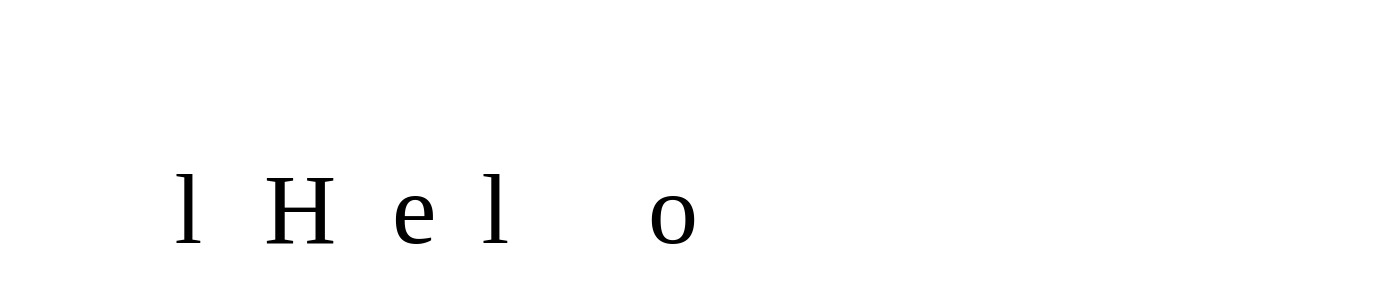
Repository: julihocc/javascript-interview-practice
Page: 01 HTML CSS/Exercise 75/index.html
These files come from the project's save history. The page is drawn as it stood at one moment and after the next save; the edit follows.
The browser window is 1280 px wide. The page is 1400 px wide, so the pictures cover 1400 px, including what lies to the right of the window. The pictures show the whole page.

Above is the page before, as saved 2022-09-30 00:24:59.

### 01 HTML CSS/Exercise 75/index.html

<!DOCTYPE html>
<!--[if lt IE 7]>      <html class="no-js lt-ie9 lt-ie8 lt-ie7"> <![endif]-->
<!--[if IE 7]>         <html class="no-js lt-ie9 lt-ie8"> <![endif]-->
<!--[if IE 8]>         <html class="no-js lt-ie9"> <![endif]-->
<!--[if gt IE 8]>      <html class="no-js"> <!--<![endif]-->
<html>
    <head>
        <meta charset="utf-8">
        <meta http-equiv="X-UA-Compatible" content="IE=edge">
        <title></title>
        <meta name="description" content="">
        <meta name="viewport" content="width=device-width, initial-scale=1">
        <link rel="stylesheet" href="./style.css">
    </head>
    <body>
        <div class="wrapper">
            <div class="letter" id="l1">H</div>
            <div class="letter" id="l2">e</div>
            <div class="letter" id="l3">l</div>
            <div class="letter" id="l4">l</div>
            <div class="letter" id="l5">o</div>
        </div>
        <script src="" async defer></script>
    </body>
</html>

### 01 HTML CSS/Exercise 75/style.css
.wrapper {
    position: relative;
    left: 10vw;
    /* font-size:  100px; */
}

.letter{
    position: absolute;
    font-size: 100px;
    top: 20vh;
}

.letter:hover {
    position: absolute;
    font-size: 300px;
    top: 5vh;
}

#l1, #l1:hover {
    left: 10vw;
}

#l2, #l2:hover {
    left: 20vw;
}

#l3, #l3:hover {
    left: 27vw;
}

#l4, #l4:hover {
    left: 3vw;
}

#l5, #l5:hover {
    left: 40vw;
}

After the next save:
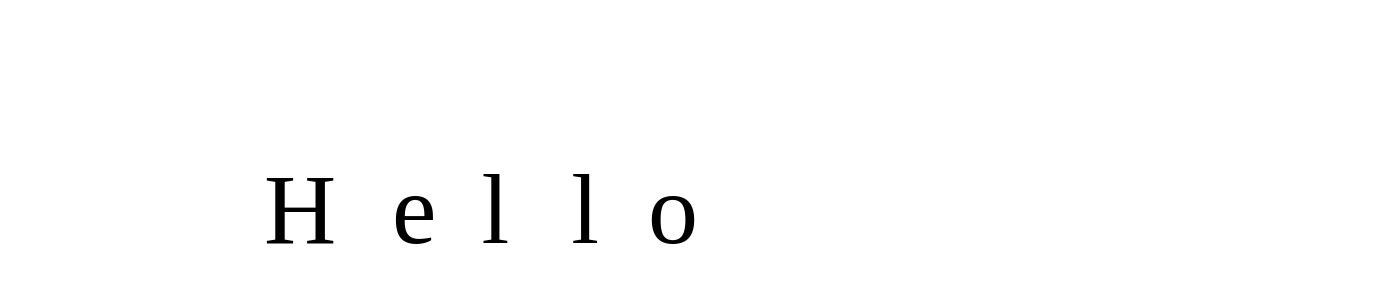
Saved 1 s later.
--- a/01 HTML CSS/Exercise 75/style.css
+++ b/01 HTML CSS/Exercise 75/style.css
@@ -29,7 +29,7 @@
 }
 
 #l4, #l4:hover {
-    left: 3vw;
+    left: 34vw;
 }
 
 #l5, #l5:hover {
